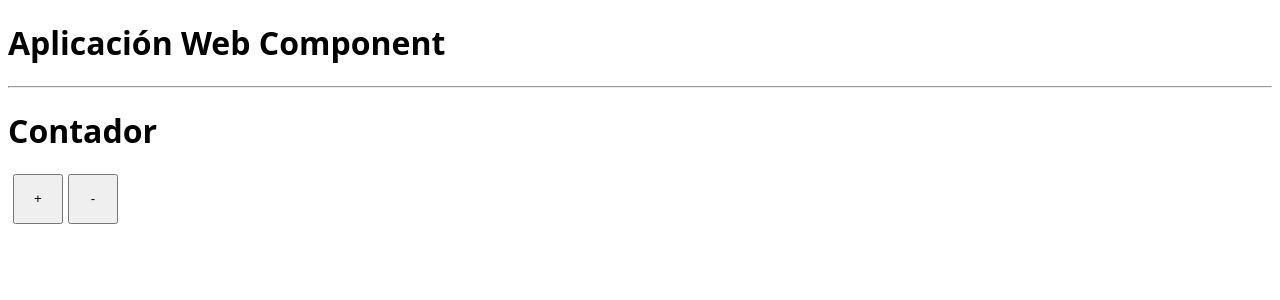
Repository: maxTech2019/Lab-react-C12024
Page: /
These files come from the project's save history. The page is drawn as it stood at one moment and after the next save; the edit follows.
The browser window is 1280 px wide. The pictures show the whole page.
The project was rebuilt for these pictures with package versions that can differ from the ones it lists, and the page was loaded fresh each time. Also part of the build but not shown: vite.config.js, src/component/Productos.jsx.

Above is the page before, as saved 2024-06-04 17:05:00.

### src/main.jsx
import React from 'react'
import ReactDOM from 'react-dom/client'
import App from './App';


const root = ReactDOM.createRoot(document.getElementById('root'));
root.render(
  <React.StrictMode>
    <App />
  </React.StrictMode>,
)

### src/App.jsx
import { Productos } from "./component/Productos";
import {ContadoruseEffect} from "./component/ContadoruseEffect";

const App = () => {
  return (
    <>
      <h1>Aplicación Web Component</h1>
      <hr />
      {/* <Contador /> */}
      {/* <Productos/> */}
      <ContadoruseEffect />
    </>
  );
}

export default App

### src/component/ContadoruseEffect.jsx

import React from 'react';
import '../css/estilos_contuseEffect.css';


export const ContadoruseEffect = () => {
  return (
    <>
        <h1>Contador</h1>
        <button className='miBoton'> + </button>
        <button className='miBoton'> - </button>
    </>
  )
}

### src/css/estilos_contuseEffect.css
 button.miBoton {
    width: 50px;
    height: 50px;
    margin-left: 5px;
 }
 h1{
    font-family: system-ui;
    font-size: ;
 }

Loaded but not shown: index.html (common file)

After the next save:
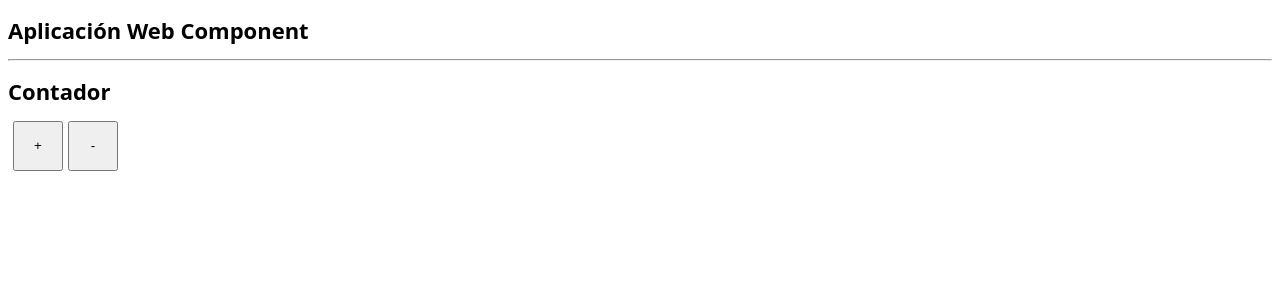
Saved 4 s later.
--- a/src/css/estilos_contuseEffect.css
+++ b/src/css/estilos_contuseEffect.css
@@ -5,5 +5,5 @@
  }
  h1{
     font-family: system-ui;
-    font-size: ;
+    font-size: 22px;
  }
